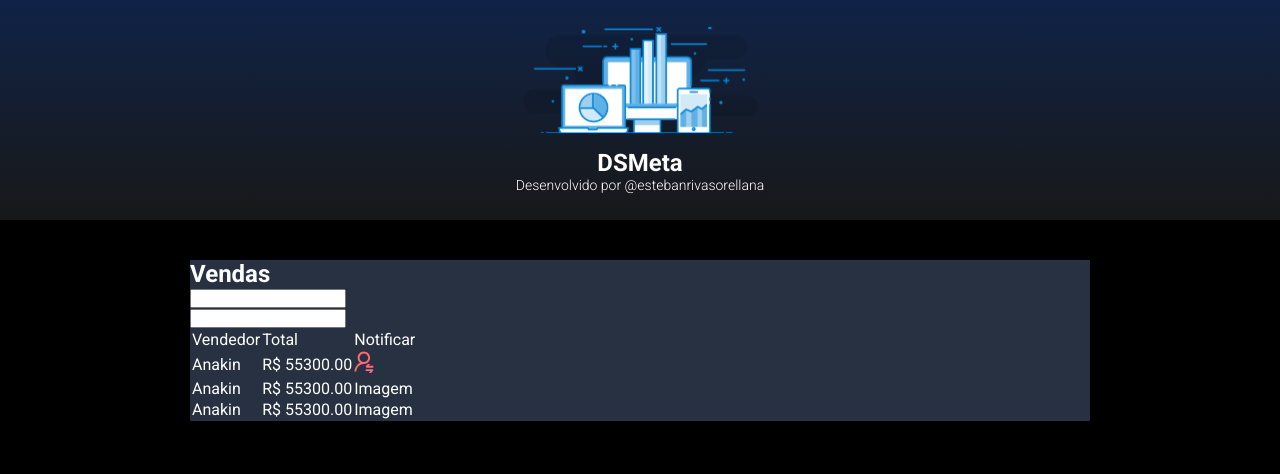
Repository: estebanrivas/dsmeta-css
Page: index.html
These files come from the project's save history. The page is drawn as it stood at one moment and after a run of saves; the edit follows.
The browser window is 1280 px wide. The pictures show the whole page.

Above is the page before, as saved 2022-09-08 21:40:09.

After the next 2 saves:
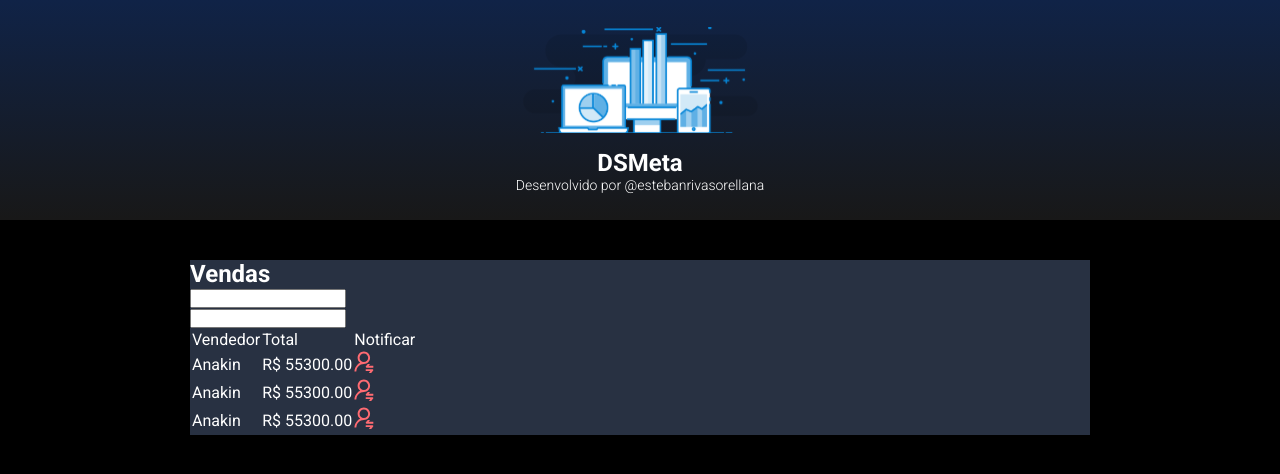
The 2 saves are shown as one change because they came seconds apart.
The last was saved 9 s later.
--- a/index.html
+++ b/index.html
@@ -54,12 +54,12 @@
                                 <tr>
                                     <td>Anakin</td>
                                     <td>R$ 55300.00</td>
-                                    <td>Imagem</td>
+                                    <td><img src="images/notification-icon.svg" alt="Notificar"></td>
                                 </tr>
                                 <tr>
                                     <td>Anakin</td>
                                     <td>R$ 55300.00</td>
-                                    <td>Imagem</td>
+                                    <td><img src="images/notification-icon.svg" alt="Notificar"></td>
                                 </tr>
                             </tbody>
                         </table>
